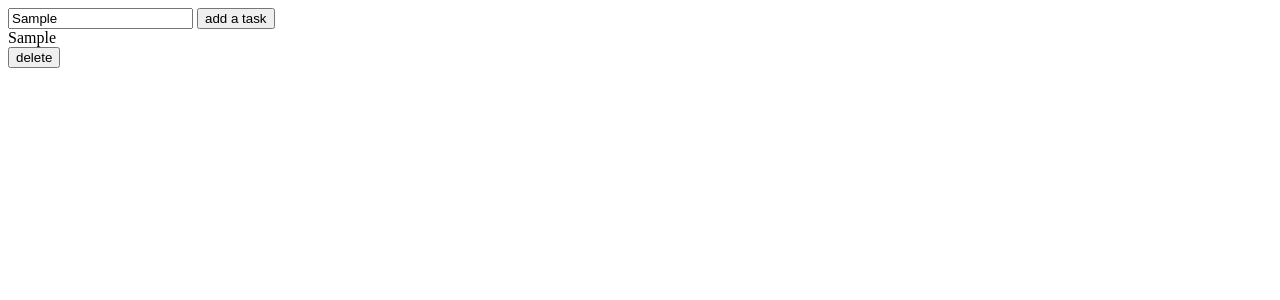
Repository: tanayburbure/Todo-application
Page: index.html
These files come from the project's save history. The page is drawn as it stood at one moment and after the next save; the edit follows.
The browser window is 1280 px wide. The pictures show the whole page.
Empty fields were first filled with sample values (such as "Sample", 5 or name@example.com).
After loading, the first visible `button` was clicked once.

Above is the page before, as saved 2025-10-22 16:14:06.

### index.html
<!DOCTYPE html>
<html lang="en">
<head>
    <meta charset="UTF-8">
    <meta name="viewport" content="width=device-width, initial-scale=1.0">
    <title>Document</title>
</head>
<body>
    <input type="text" placeholder="add task"/>
    <button onclick="addtodo()" >add a task</button>

    <script src="script.js"></script>
</body>
</html>

### script.js
// let ctr = 0;
// function callback(){
//     document.querySelectorAll("h4")[1].innerHTML = ctr;
//     const el = document.querySelectorAll("h4")[1];
//     el.innerHTML = ctr;
//     ctr = ctr + 1;
// }
// // setInterval(callback,1000)

// function deleterandometodo(){
//     const element = document.querySelector("h4");
//     const parentelement = element.parentElement;
//     parentelement.removeChild(element)
// }

// function addTodo(){
//     const divEL = document.createElement("div");
//     divEL.innerHTML = "Hiiiiiiiiiiiii thereeeeeeee";
//     const parentEL = document.querySelector("body");
//     parentEL.appendChild(divEL);
// }


// let ctr = 1


// function addtodo(){

//     const inputEL = document.querySelector("input")
//     const value = inputEL.value

//     const newDivEL = document.createElement("div")
//     newDivEL.setAttribute("id",ctr)
//     newDivEL.innerHTML = "<div>" + value + '</div><button onclick="deletetodo('+ ctr +')" >delete</button>';
//     document.querySelector("body").appendChild(newDivEL)
//     ctr = ctr + 1 ;
// }

// function deletetodo(index){
//     const element = document.getElementById(index);
//     element.parentNode.removeChild(element)
// }




// let ctr = 1;

// function addtodo(){
//     const inputEl = document.querySelector("input");
//     const value = inputEl.value;

//     const newDivEl = document.createElement("div")
//     newDivEl.setAttribute("id",ctr)
//     newDivEl.innerHTML = "div" + value + '</div> <button onclick="deletetodo('+ ctr +')"> delete </button>'
//     document.querySelector("body").appendChild(newDivEl)
// }

// function deletetodo(index){
//     const element = document.getElementById(index)
//     element.parentNode.removeChild(element)
// }


let ctr = 0 ;
 function addtodo(){
    const inputEL = document.querySelector("input");
    const value = inputEL.value;
    const newDivEL= document.createElement("div");
    newDivEL.setAttribute("id",ctr);
    newDivEL.innerHTML = "<div>" + value + '</div> <button onclick="deletetodo('+ ctr +')" > delete</button>';
    document.querySelector("body").appendChild(newDivEL);
 }

 function deletetodo(index){
    const element = document.getElementById(index);
    element.parentNode.removeChild(element);
 }

After the next save:
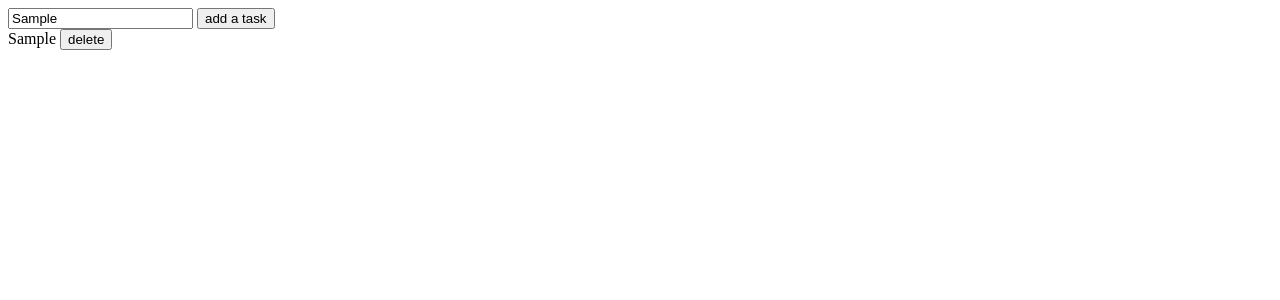
Saved 29 s later.
--- a/script.js
+++ b/script.js
@@ -68,7 +68,7 @@ let ctr = 0 ;
     const value = inputEL.value;
     const newDivEL= document.createElement("div");
     newDivEL.setAttribute("id",ctr);
-    newDivEL.innerHTML = "<div>" + value + '</div> <button onclick="deletetodo('+ ctr +')" > delete</button>';
+    newDivEL.innerHTML = value + ' <button onclick="deletetodo('+ ctr +')" > delete</button>';
     document.querySelector("body").appendChild(newDivEL);
  }
 
